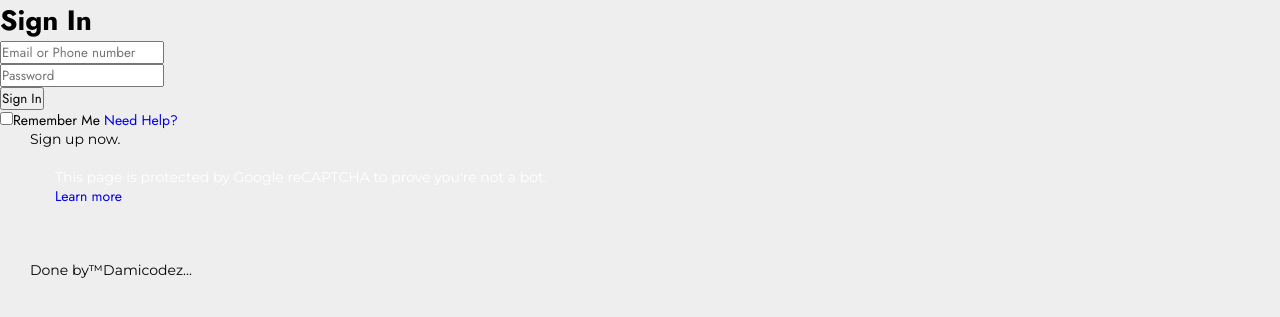
Repository: isaacCodes1/Kumo-Website.
Page: Form2.html
An editor plug-in stored every save of this project. The page is shown before and after the next save, followed by the edit.
The browser window is 1280 px wide. The pictures show the whole page.

Above is the page before, as saved 2024-03-26 11:39:31.

### Form2.html
<!DOCTYPE html>
<html lang="en">
<head>
    <meta charset="UTF-8">
    <meta name="viewport" content="width=device-width, initial-scale=1.0">
    <link rel="stylesheet" href="Mediaquery.css">
    <link rel="stylesheet" href="style.css">
    <link
    href="https://fonts.googleapis.com/css2?family=Bricolage+Grotesque:opsz,wght@12..96,200..800&family=Jost:ital,wght@0,100..900;1,100..900&family=Montserrat:ital,wght@0,100..900;1,100..900&family=Poppins:ital,wght@0,100;0,200;0,300;0,400;0,500;0,600;0,700;0,800;0,900;1,100;1,200;1,300;1,400;1,500;1,600;1,700;1,800;1,900&display=swap"
    rel="stylesheet"
  />
    <title>Document</title>
</head>
<body>
    <div class="wrapper">
        <form>
          <h1>Sign In</h1>
          <div class="input-box">
            <input type="text" placeholder="Email or Phone number" required>
          </div>
          <div class="input-box">
            <input type="password" placeholder="Password" required>
          </div>
          <div class="btn"><button>Sign In</button></div>
          <div class="remember-forgot">
            <label><input class="chck" type="checkbox">Remember Me</label>
            <a href="#">Need Help?</a>
          </div>
            <p class="pro1">Sign up now.</p>
            <p class="pro2">This page is protected by Google reCAPTCHA to prove you're not a bot. <a href="#">Learn more</a></p>
            <p class="pro3">Done by&#153;Damicodez...</p>
          </div>
        </form>

</body>
</html>

### Mediaquery.css
@media (890px) {
  header {
    padding: 20px 3%;
    transition: 0.4s;
  }
  .center-text h2 {
    font-size: 12px;
  }
}
@media (max-width: 630px) {
  .main-text h1 {
    font-size: 50px;
    transition: 0.4s;
  }
  .main-text p {
    font-size: 18px;
    transition: 0.4s;
  }
  .main-btn {
    padding: 10px 20px;
    transition: 0.4s;
  }
  .center-text h2 {
    font-size: 12px;
  }
}
@media (max-width: 750px) {
  .navmenu {
    position: absolute;
    top: 100%;
    right: -100%;
    width: 300px;
    height: 130vh;
    background: #edfff1;
    display: flex;
    flex-direction: column;
    align-items: center;
    padding: 120px 30px;
    transition: all 0.42s;
  }
  .navmenu a {
    display: block;
    margin: 18px 0;
  }
  .navmenu.open {
    right: 0;
  }
  .center-text h2 {
    font-size: 12px;
  }
}
@media (max-width: 700px) {
  .center-text h2 {
    font-size: 0;
  }
  .header {
    margin-bottom: 20px;
    color: #000;
  }
  .cart {
    align-items: center;
    display: flex;
    flex-direction: column;
  }
  .cart img {
    width: 270px;
    margin-right: 80px;
  }
  .cart p {
    font-size: 10px;
    margin-right: 80px;
  }
  .cart h4 {
    font-size: 12px;
    margin-right: 80px;
  }
  .cart h6 {
    font-size: 10px;
    margin-right: 80px;
  }
  .contact-info {
    display: flex;
    flex-direction: column;
    align-items: center;
  }
  .center-text1 h2 {
    font-size: 25px;
  }
  .navmenu {
    padding-bottom: 30px;
  }
}

### style.css
* {
  margin: 0;
  padding: 0;
  box-sizing: border-box;
  scroll-behavior: smooth;
  font-family: "Jost", sans-serif;
  list-style-type: none;
  text-decoration: none;
}
header {
  position: fixed;
  width: 100%;
  top: 0;
  right: 0;
  z-index: 1000;
  display: flex;
  align-items: center;
  justify-content: space-between;
  padding: 20px 10%;
}
.logo img {
  max-width: 120px;
  height: auto;
}
.navmenu {
  display: flex;
}
.navmenu li :hover {
  background: #000;
}
.navmenu a {
  color: #2c2c2c;
  font-size: 16px;
  text-transform: capitalize;
  padding: 10px 20px;
  font-weight: 400;
  transition: all 0.42s ease;
}
.navmenu a:hover {
  color: #ee1c47;
}
.nav-icon {
  display: flex;
  align-items: center;
}
.nav-icon i {
  margin-right: 20px;
  color: #2c2c2c;
  font-size: 25px;
  font-weight: 400;
  transition: all 0.42s ease;
}
.nav-icon i:hover {
  transform: scale(1.05);
  color: #ee1c47;
}
#menu-icon {
  font-size: 35px;
  color: #2c2c2c;
  z-index: 10001;
  cursor: pointer;
}
section {
  padding: 5% 10%;
}
.main-home {
  width: 100%;
  height: 100vh;
  background-image: url(Assets/banner-3.png);
  background-position: center;
  background-size: cover;
  display: grid;
  grid-template-columns: repeat(1, 1fr);
  align-items: center;
}
.main-text h5 {
  color: #ee1c47;
  font-size: 16px;

  text-transform: capitalize;
  font-weight: 500;
}
.main-text h1 {
  color: #000;
  font-size: 65px;
  text-transform: capitalize;
  line-height: 1.1;
  font-weight: 600;
  margin: 6px 0 10px;
}
.main-text p {
  color: #333c56;
  font-size: 20px;
  font-style: italic;
  margin-bottom: 20px;
}
.main-btn {
  display: inline-block;
  color: #111;
  font-size: 16px;
  font-weight: 500;
  text-transform: capitalize;
  border: 2px solid#111;
  padding: 12px 25px;
  transition: all 0.42s ease;
}
.main-btn:hover {
  background: #000;
  color: #fff;
}
.main-btn i {
  vertical-align: middle;
}
.down-arrow {
  position: absolute;
  top: 85%;
  right: 11%;
}
.down i {
  font-size: 30px;
  color: #2c2c2c;
  border: 2px solid #2c2c2c;
  border-radius: 50px;
  padding: 12px 12px;
}
.down i:hover {
  background: #2c2c2c;
  color: #fff;
  transition: all 0.42s ease;
}
header.sticky {
  background: #fff;
  padding: 20px 10%;
  box-shadow: 0px 0px 10px rgb(0 0 0 /10%);
}
/* trending-section-css */
.center-text h2 {
  color: #111;
  font-size: 28px;
  text-transform: capitalize;
  text-align: center;
  margin-bottom: 30px;
}
.center-text span {
  color: #ee1c47;
}
.products {
  display: grid;
  grid-template-columns: repeat(auto-fit, minmax(260px, auto));
  gap: 2rem;
}
.row {
  position: relative;
  transition: all 0.4s;
}
.row img {
  width: 100%;
  height: auto;
  transition: all 0.4s;
}
.row img:hover {
  transform: scale(0.9);
}
.product-text h5 {
  position: absolute;
  top: 13px;
  left: 13px;
  color: #fff;
  font-size: 12px;
  font-weight: 500;
  text-transform: capitalize;
  background: #27b737;
  padding: 3px 10px;
  border-radius: 2px;
}
.heart-icon {
  position: absolute;
  right: 0;
  font-size: 20px;
}
.heart-icon:hover {
  color: #ee1c47;
}
.ratting {
  color: #ff8c00;
  font-size: 18px;
}

.price h4 {
  color: #111;
  font-size: 16px;
  text-transform: capitalize;
  font-weight: 400;
}
.price p {
  color: #151515;
  font-size: 14px;
  font-weight: 600;
}
.client-reviews {
  background: #f3f4f6;
}
.reviews {
  text-align: center;
}
.reviews h3 {
  color: #111;
  font-size: 25px;
  text-transform: capitalize;
  text-align: center;
  font-weight: 700;
}
.reviews img {
  width: 100px;
  height: auto;
  border-radius: 80px;
  margin: 10px 0;
}
.reviews p {
  color: #707070;
  font-size: 16px;
  font-weight: 400;
  line-height: 25px;
  margin-bottom: 10px;
}
.reviews h2 {
  font-size: 22px;
  color: #000;
  font-weight: 400;
  text-transform: capitalize;
  margin-bottom: 2px;
}
/* update-section-css */
.up-center-text h2 {
  text-align: center;
  color: #111;
  font-size: 25px;
  text-transform: capitalize;
  font-weight: 700;
  margin-bottom: 30px;
}
.cart img {
  width: 350px;
  height: auto;
  border-radius: 5px;
}
.update-cart {
  display: grid;
  grid-template-columns: repeat(auto-fit, minmax(380px, auto));
  gap: 1px;
}
.cart h5 {
  color: #636872;
  font-size: 14px;
  text-transform: capitalize;
  font-weight: 500;
}
.cart h4 {
  color: #111;
  font-size: 18px;
  font-weight: 600;
}
.cart p {
  color: #707070;
  font-size: 15px;
  max-width: 380px;
  line-height: 25px;
  margin-bottom: 12px;
}
.cart h6 {
  color: #151515;
  font-size: 14px;
  font-weight: 500;
}
/* contact-section */
.contact {
  background: #dbdbdb;
}
.contact-info {
  display: grid;
  grid-template-columns: repeat(auto-fit, minmax(160px, auto));
  gap: 3rem;
}
.first-info img {
  width: 140px;
  height: auto;
}
.contact-info h4 {
  color: #212529;
  font-size: 14px;
  text-transform: uppercase;
  margin-bottom: 10px;
}
.contact-info p {
  color: #565656;
  font-size: 14px;
  font-weight: 400;
  text-transform: capitalize;
  line-height: 1.5;
  margin-bottom: 10px;
  cursor: pointer;
  transition: all 0.42s;
}
.contact-info p:hover {
  color: #ee1c47;
}
.social-icon i {
  color: #565656;
  margin-right: 10px;
  font-size: 20px;
  transition: all 0.42s;
}
.social-icon i:hover {
  transform: scale(1.3);
}
.end-text {
  text-align: center;
  background: #edfff1;
  padding: 20px;
}
.end-text p {
  color: #111;
  text-transform: capitalize;
}

.location {
  width: 80%;
  margin: auto;
  padding: 80px 0;
}
.location iframe {
  width: 100%;
}
.center-text1 h2 {
  font-size: 30px;
}
.center-text1 span {
  color: #ee1c47;
}
.button3 {
  padding: 9px;
  border: 1px solid blue;
  font-size: 18px;
  border-radius: 5px;
  text-decoration: none;
  background: blue;
  color: #fff;
  transition: all 0.42s ease;
}
.button3:hover {
  color: #000;
  background: #fff;
}
.final {
  margin-left: 67px;
  font-weight: 700;
}
.final span {
  color: #ee1c47;
}
.up-arrow {
  border: 2px solid#000;
  width: 60px;
  border-radius: 50px;
  text-align: center;
  font-size: 30px;
}
.up-arrow i {
  color: #000;
}
.up-arrow :hover {
  background: #000;
  color: #fff;
}

.alert {
  background: blue;
  color: #fff;
  margin-top: 200px;
  font-size: 20px;
  margin-bottom: 150px;
}
.first-info a {
  text-decoration: none;
}
.up-center-text span {
  color: #ee1c47;
}
html,
body {
  position: relative;
  height: 100%;
}
body {
  background: #eee;
  font-family: Helvetica Neue, Helvetica, Arial, sans-serif;
  font-size: 14px;
  color: #000;
  margin: 0;
  padding: 0;
}

swiper-container {
  width: 100%;
  height: 100%;
}

swiper-slide {
  text-align: center;
  font-size: 18px;
  background: #000;
  display: flex;
  justify-content: center;
  align-items: center;
}

swiper-slide img {
  display: block;
  width: 100%;
  height: 100%;
  object-fit: cover;
}
.reviews {
  font-size: 25px;
  font-weight: 900;
}
.reviews span {
  color: #ee1c47;
}
.accordion {
  margin-top: 40px;
  margin-bottom: 10px;
}
.male {
  padding-top: 200px;
}
.male span {
  color: #ee1c47;
}
.yes {
  margin-right: 10px;
  padding: 10px;
  background: #000;
  color: #fff;
  border: 1px;
  transition: 1s ease-in-out;
  border-radius: 7px;
  text-decoration: none;
}
.yes:hover {
  color: #000;
  background: #dbdbdb;
}
.formContainer {
  display: flex;
  width: 50%;
  border: 0px solid;
  border-radius: 10px;
  background-color: rgba(232, 231, 231, 0.644);
  height: 400px;
  padding-right: 200px;
}
.form {
  display: flex;
  flex-direction: column;
  align-items: center;
  flex: 0.5;
}
.contentText {
  display: flex;
  flex-direction: column;
  align-items: center;
  flex: 1;
  gap: 20px;
  background-color: #ee1c47;
  color: #000;
  border-radius: 130px 15px 15px 70px;
  font-family: montserrat;
  padding-left: 80px;
  padding-right: 150px;
  padding-top: 90px;
}
.pro1 {
  margin-right: 32px;
  font-family: montserrat;
}
p {
  font-family: montserrat;
  margin-bottom: 15px;
  margin-left: 30px;

  display: flex;
  flex-direction: column;
}
.proi {
  padding: 5px;
  background-color: #dedede;
  color: black;
  border: 1px;
  font-family: montserrat;
  margin-bottom: 8px;
  width: 290px;
  margin-left: 20px;
  outline: none;
}
.proh {
  padding: 5px;
  background-color: #dedede;
  color: black;
  border: 1px;
  font-family: montserrat;
  width: 290px;
  margin-left: 20px;
  margin-bottom: 10px;
  outline: none;
}
.pro7 {
  font-family: montserrat;
}
.pro2 {
  background: transparent;
  border-width: 1.5px;
  border-radius: 8px;
  border-color: white;
  color: #fff;
  padding: 5px 25px 5px 25px;
  transition: 1s ease-in-out;
}
.pro2:hover {
  transition: 0.15s;
  background-color: #000;
  color: #fff;
  cursor: pointer;
}

.pro3 {
  font-family: montserrat;
  padding-top: 35px;
}
.forget {
  text-decoration: none;
  color: black;
  font-family: montserrat;
  margin-bottom: 5px;
}
.sign {
  background-color: #ee1c47;
  border-width: 1px;
  border-radius: 5px;
  border-color: white;
  color: white;
  padding: 5px 35px 5px 35px;
  margin-top: 15px;
  transition: 1s ease-in-out;
  cursor: pointer;
}
.sign:hover {
  color: #fff;
  background-color: #000;
}
.contentText .hello {
  font-size: 40px;
  display: flex;
  align-items: center;
  justify-content: center;
  flex-direction: column;
}
.contentText p {
  text-align: center;
}

After the next save:
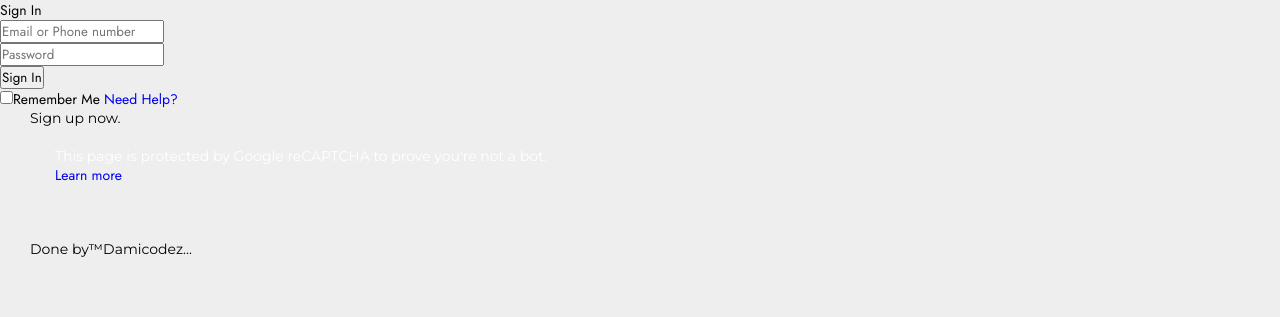
Saved 14 s later.
--- a/Form2.html
+++ b/Form2.html
@@ -13,7 +13,7 @@
 </head>
 <body>
     <div class="wrapper">
-        <form>
+        <form
           <h1>Sign In</h1>
           <div class="input-box">
             <input type="text" placeholder="Email or Phone number" required>

After the save that followed:
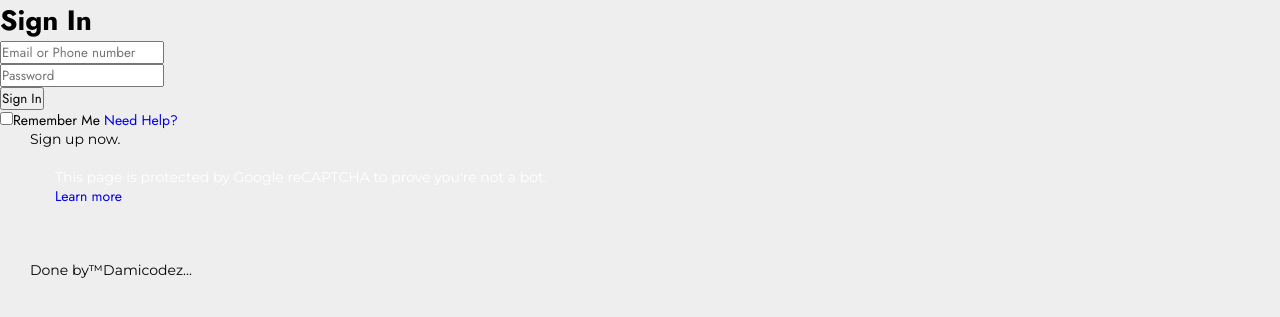
Saved 4 s later.
--- a/Form2.html
+++ b/Form2.html
@@ -13,7 +13,7 @@
 </head>
 <body>
     <div class="wrapper">
-        <form
+        <form></form>
           <h1>Sign In</h1>
           <div class="input-box">
             <input type="text" placeholder="Email or Phone number" required>
